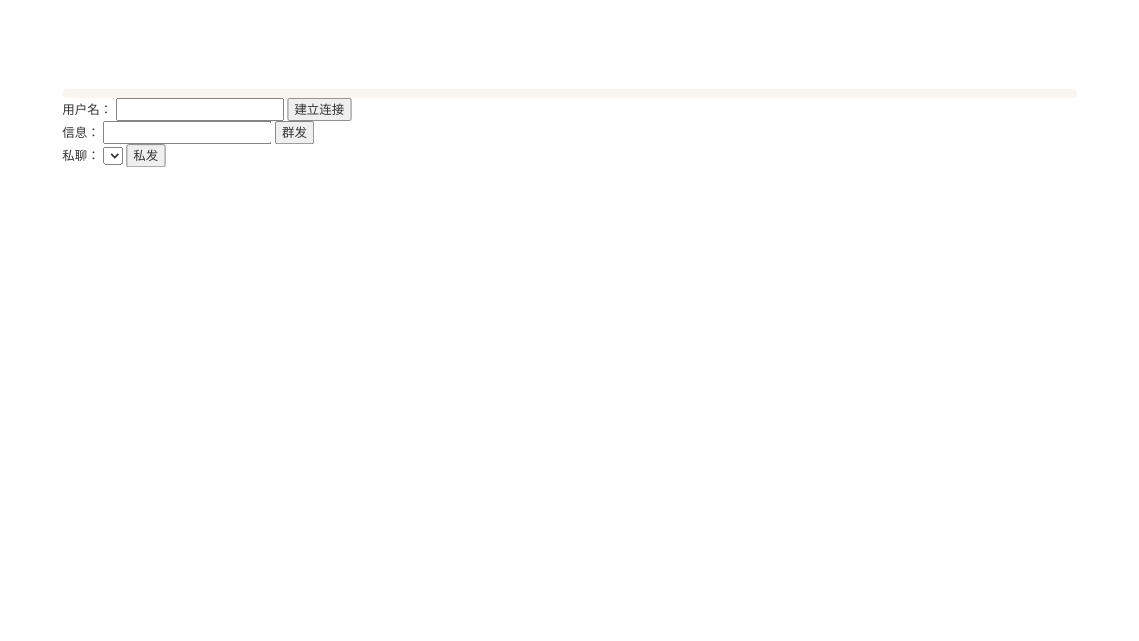
Repository: eheihaha2/whoisthespy-
Page: webDemo/WebContent/room.html
The author's editor kept a copy of each file at every save. The page is drawn from the files as they stood at one save, then again after the next save.
The browser window is 1280 px wide. The pictures show the whole page, at 89% of full size.

Above is the page before, as saved 2020-02-26 01:37:27.

### webDemo/WebContent/room.html
<!DOCTYPE html>
<html>
<head>
	<script type="text/javascript" src="js/jquery-1.11.0.min.js"></script>
<script type="text/javascript" src="js/bootstrap.js"></script>
<link rel="stylesheet" href="css/bootstrap.css">
<style type="text/css">
	.show{
			margin-right:0;
			background-color:#f9f6f2;
			height: 1000ps;
			margin-top:100px;
			border-radius: 10px;
		}
}
</style>
	<title></title>
</head>
<body>
	<div class="container">
	<div class="col-md-12 	col-sm-12 show">
      <h4 class="userinfo"></h4>
     </div>
	<span>用户名：</span>
      <input type="text" name="username"/>
      <button id="connBtn">建立连接</button><br />
	<span>信息：</span>
      <input type="text" name="info"/>
      <button id="subBtnAll">群发</button><br />
	<span>私聊：</span>
      <select id="userList">
	</select>
	<button id="subBtn">私发</button>

	<div class="info">
		<span class="name"></span>
		<span class="msg"></span>
	</div>
	</div>
</body>
<script type="text/javascript">
	var ws=null;
	var username=null;
	var url="ws://localhost:8080/webDemo/chatRoom/";
		// 后续的消息添加都是用其做二次克隆
      	var info = $(".info").clone();
		//点击建立连接的按钮
      	$("#connBtn").on("click",function(){
      		if("WebSocket" in window){
      			username = $("input[name='username']").val();
      			ws = new WebSocket(url+username);
      			//有了webSocket连接对象之后，我就开始监听消息
      			//服务器端的所有消息都会来到这
      			ws.onmessage = function(evt){
      				var received_msg = evt.data;
      				var jsonReceive_msg = JSON.parse(received_msg);
      				var head = jsonReceive_msg.head;//获得服务器数据，解析数据获得数据类型
      				var data =jsonReceive_msg.data;//真正的data所在
      				switch (head) {
      					case "sendAll":
      					sendAll(data);
      						break;
      					case "sendTo":
      					sendTo(data);
      						break;
      					case "onLine":
      					onLine(data);
      						break;
      					case "userList":
      					userList(data);
      						break;
      					default:
      						break;
      				}
      			}
      		}else{
      			alert("您的浏览器不支持 WebSocket!");
      		}
      	})

      	//细节定义每种功能的数据接口
      	//构建JSON格式发送给服务器：{from:来自谁,msg:消息本身}
      	function sendAll(data){
      		var infoDiv = info.clone();//这个就是我要渲染的dom节点
      		//用于把从服务器端获得的JSON字符串的data解析为原生JS值
      		//var jsonData=JSON.parse(data);
      		infoDiv.find(".name").text("来自于："+data.from+"(群发)");
      		infoDiv.find(".msg").text(data.msg);
      		$(".info").parent().append(infoDiv);
      	}
      	// 构建JSON格式发送给服务器：{from:来自谁,msg:消息本身}
      	function sendTo(data){
      		var infoDiv = info.clone();//这个就是我要渲染的dom节点
      		infoDiv.find(".name").text("来自于："+data.from+"(私发)");
      		infoDiv.find(".msg").text(data.msg);
      		$(".info").parent().append(infoDiv);
      	}
      	// 构建JSON格式发送给服务器：{name:上线人姓名}
      	function onLine(data){
      	//$(".userinfo").empty();
      	console.log(data);
      	$(".userinfo").append("【"+data.name+"上线了】");
      	}
      	// 构建JSON格式发送给服务器：[用户1,用户2]
      	function userList(data){
      		$("#userList").empty();
      		var jsonData=JSON.parse(data);
      		$("#userList").append("<option>请选择</option>");
      		$.each(jsonData,function(index,item){
      			$("#userList").append("<option value="+item+">"+item+"</option>");
      		})
      	}

      	//点击群发按钮
      	$("#subBtnAll").on("click",function(){
      		//var sentName = $("input[name='username']").val();
      		var msg = $("input[name='info']").val();
      		console.log(msg);
      		var jsonMsg={
      			"head":"sendAll",
      			"data":msg
      			//"from":sentName,
      			//"msg":msg
      		}
      		console.log(jsonMsg);
      		//var subAllEnd =JSON.stringify(jsonMsg);
      		ws.send(JSON.stringify(jsonMsg));
      	})
      	//点击私发按钮
      	$("#subBtn").on("click",function(){
      		var msg=$("input[name=info]").val();
      		var toUser=$("#userList").val();
      		console.log(toUser);
      		var jsonMsg={
      			"head":"sendTo",
      			"data":{
      				"to":toUser,
      				"msg":msg
      			}
      		}
      		console.log(jsonMsg);
      		ws.send(JSON.stringify(jsonMsg));
      	})
</script>
</html>

Loaded but not shown: webDemo/WebContent/js/jquery-1.11.0.min.js (library); webDemo/WebContent/js/bootstrap.js (library); webDemo/WebContent/css/bootstrap.css (library)

After the next save:
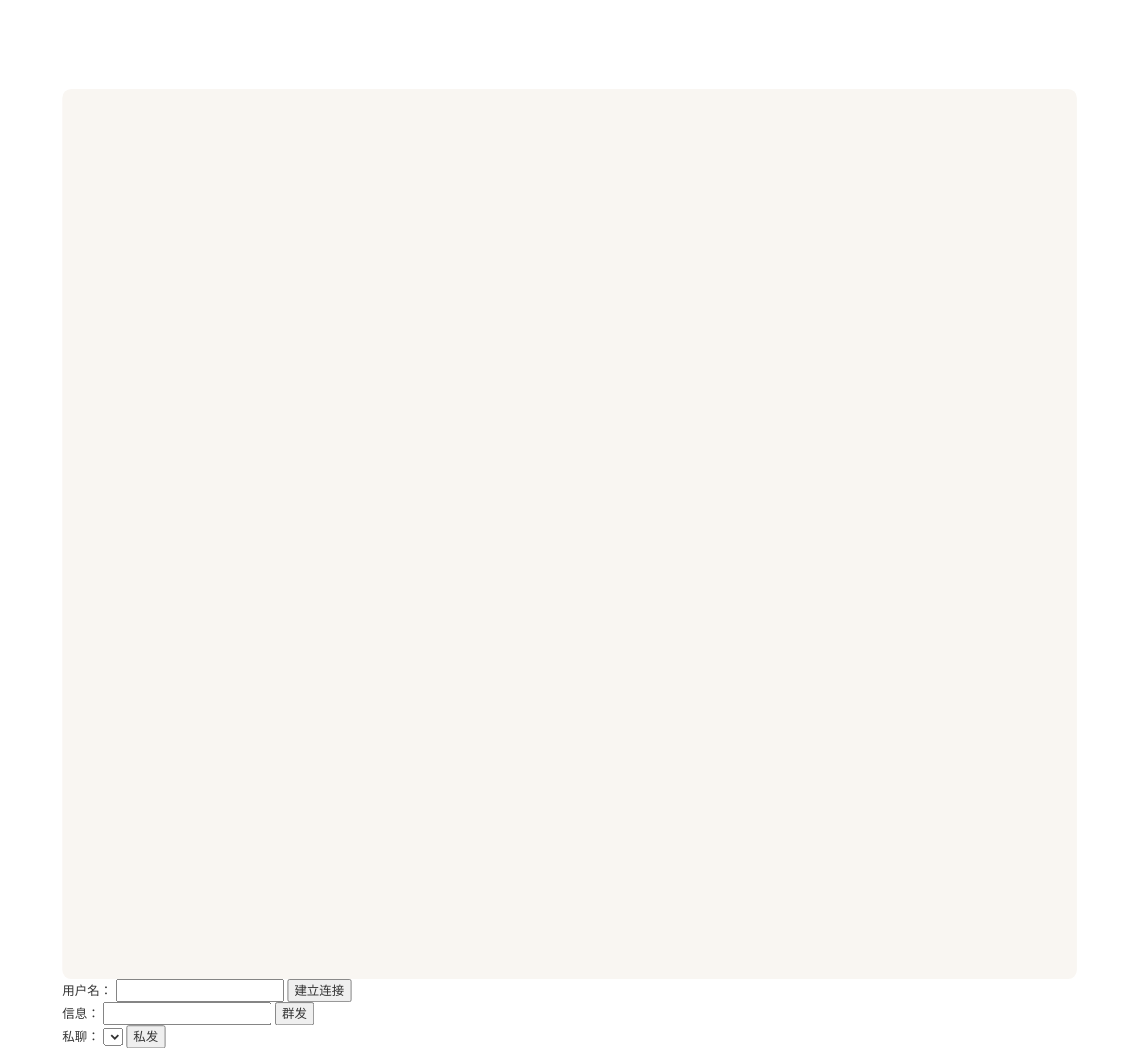
Saved 5 s later.
--- a/webDemo/WebContent/room.html
+++ b/webDemo/WebContent/room.html
@@ -8,7 +8,7 @@
 	.show{
 			margin-right:0;
 			background-color:#f9f6f2;
-			height: 1000ps;
+			height: 1000px;
 			margin-top:100px;
 			border-radius: 10px;
 		}
